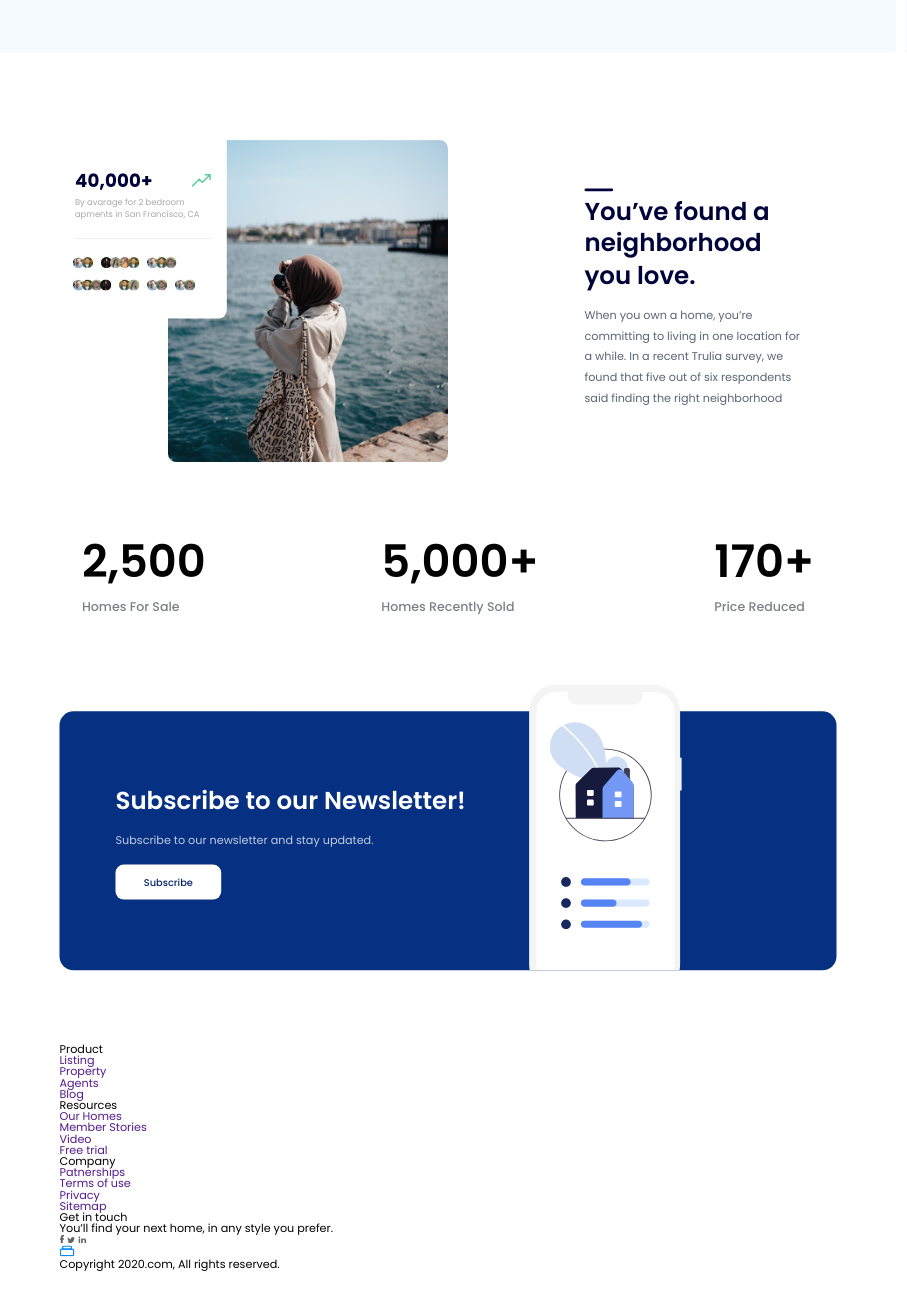
Repository: Kazuto-2004/f8-htmlcss-01
Page: index.html
An editor plug-in stored every save of this project. The page is shown before and after the next save, followed by the edit.
The browser window is 1280 px wide. The page is 1295 px wide, so the pictures cover 1295 px, including what lies to the right of the window. The pictures show the part of the page from y = 2363 to 4243 px (the page is 4235 px tall before and 4243 px after), at 70% of full size.

Above is the page before, as saved 2023-07-15 20:44:24.

After the next save:
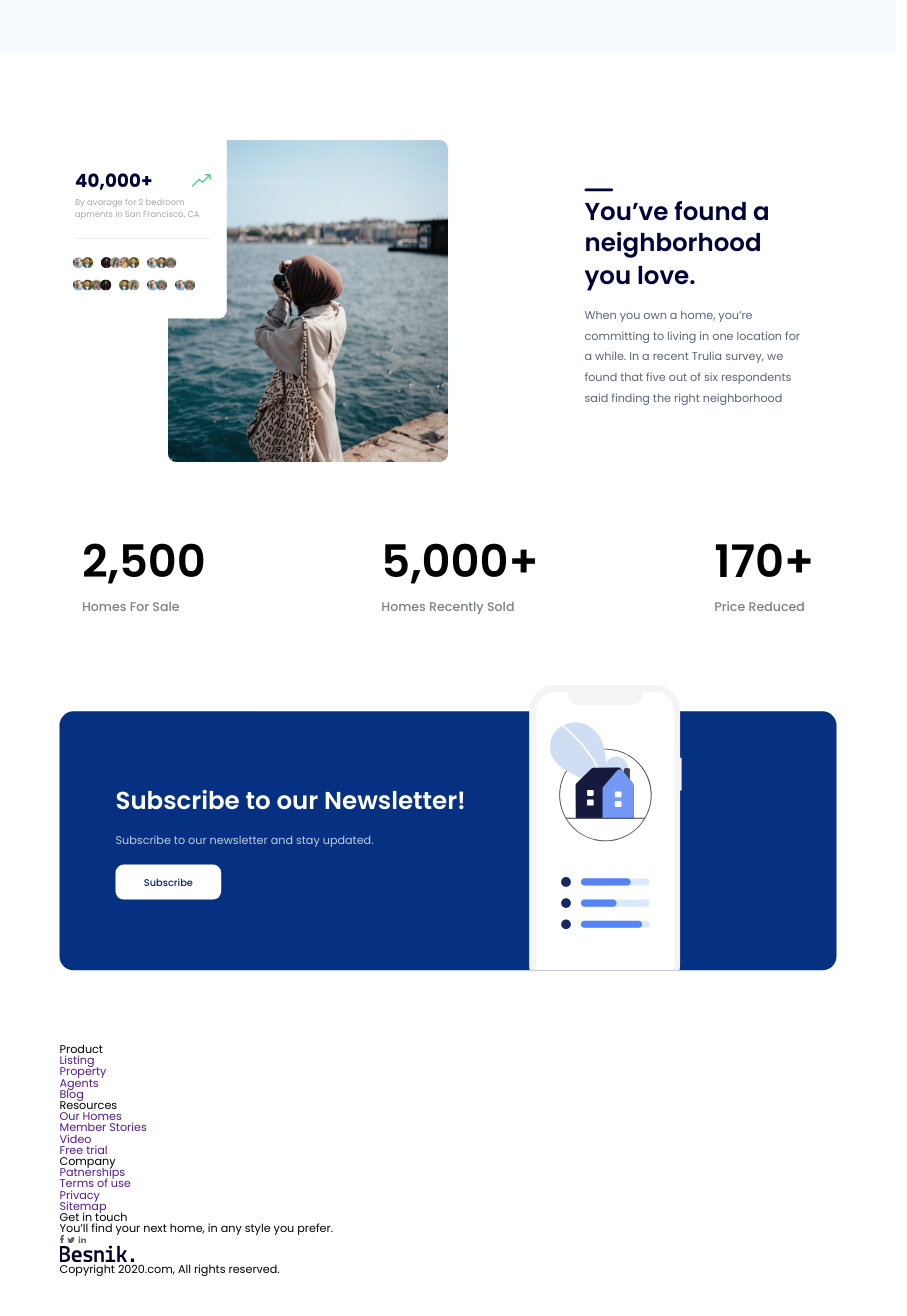
Saved 46 s later.
--- a/index.html
+++ b/index.html
@@ -552,7 +552,7 @@
                     </div>
 
                     <div class="row">
-                        <img src="./assets/img/beds.svg" alt="" class="logo" />
+                        <img src="./assets/img/Logo.svg" alt="" class="logo" />
                         <p class="copyright">
                             Copyright 2020.com, All rights reserved.
                         </p>
